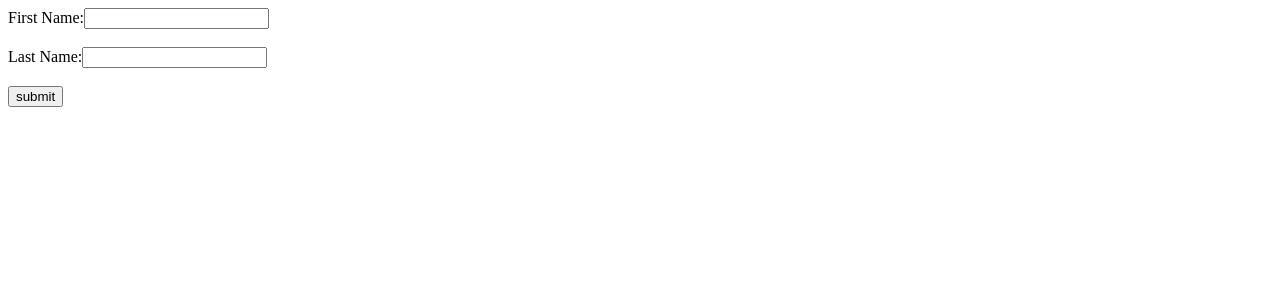
Repository: subhadeep-bis/spring-mvc
Page: http://localhost/form-tags-data-binding/customer/showForm
The author's editor kept a copy of each file at every save. The page is drawn from the files as they stood at one save, then again after the next save.
The browser window is 1280 px wide. The pictures show the whole page.
The page is served by Tomcat 9.

Above is the page before, as saved 2019-06-27 17:24:44.

After the next save:
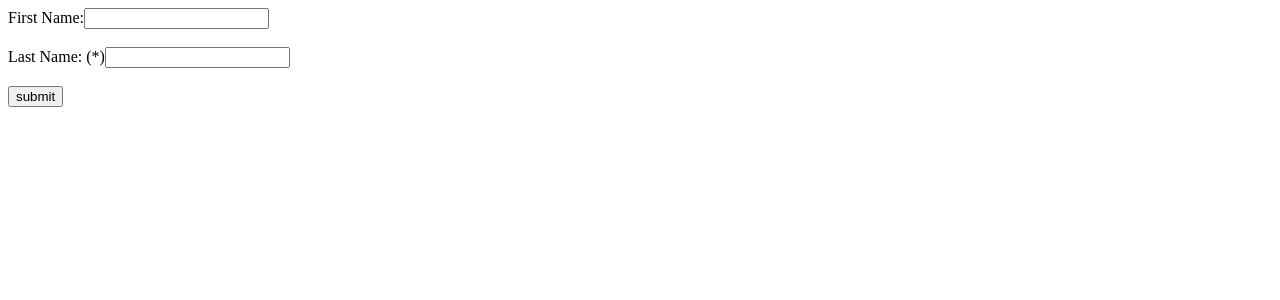
Saved 23 s later.
--- a/form-tags-data-binding/src/main/webapp/WEB-INF/views/customer-show-form.jsp
+++ b/form-tags-data-binding/src/main/webapp/WEB-INF/views/customer-show-form.jsp
@@ -16,7 +16,7 @@
 	<form:form method="post" action="processForm" modelAttribute="customer">
 		First Name:<form:input path="firstName" />
 		<br/><br/>
-		Last Name:<form:input path="lastName" />
+		Last Name: (*)<form:input path="lastName" />
 					<form:errors path="lastName" cssClass="error"/>
 		<br/><br/>
 		<input type="submit" value="submit" />
